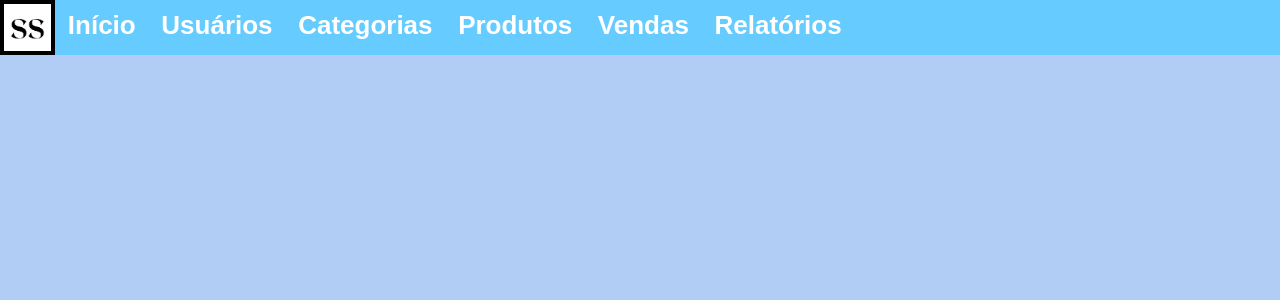
Repository: FaculdadeSenaiJoinville/PiMichelBaade
Page: ProjetoIndividual/WebContent/pages/admin/adminInicio.html
The author's editor kept a copy of each file at every save. The page is drawn from the files as they stood at one save, then again after the next save.
The browser window is 1280 px wide. The pictures show the whole page.

Above is the page before, as saved 2021-08-14 00:43:56.

### ProjetoIndividual/WebContent/pages/admin/adminInicio.html
<!DOCTYPE html>
<html>
<head>
<meta charset="UTF-8">
	<meta name="description" content="Site da Software dos Sonhos">
	<meta name="keywords" content="Padaria, Software, Sonhos">
	<meta name="author" content="Michel Baade">
	<meta name="viewport" content="width=device-width, initial-scale=1.0">
<title>Software dos Sonhos</title>
<link rel="stylesheet" type="text/css" href="../../css/site.css">
</head>
<body>
<nav>
<div ><img src="../../imgs/logomenor.png" alt="Logo da Software dos Sonhos" id="logomenor"></div>
<a href="#"><div class="opcao">Início</div></a>
<a href="#"><div class="opcao">Usuários</div></a>
<a href="#"><div class="opcao">Categorias</div></a>
<a href="#"><div class="opcao">Produtos</div></a>
<a href="#"><div class="opcao">Vendas</div></a>
<a href="#"><div class="opcao">Relatórios</div></a>
</nav>



</body>
</html>

### ProjetoIndividual/WebContent/css/site.css
@charset "UTF-8";

body{
	width: 100%;
	margin: 0 auto;
	font-family: "Century Gothic", sans-serif;
	height: 100%;
	font-weight: bold;
	background-color: #b1ccf5;
}
img{
	border:4px solid #000;
	max-width:125px;
  	max-height:125px;
}
#logomenor{
	height: auto;
    width: auto;
    max-width: 47px;
    max-height: 47px;
}
form{
	border:4px solid #000;
	width: 33%;
	margin: 100px auto;
	height: 33%;
	padding: 3%;
	background-color: #FFF;
}
#logo{
	text-align: center;
}
#camposlogin{
	margin: 15px;
	text-align: center;
}
a{
	text-decoration: underline;
}
button {
	width: 25%;
	font-size: 16px;
	margin: 0 10%;
	background-color: #FFF;
}

input{
	margin: 10px auto;
}

nav{
	clear: both;
	width: 100%;
	margin: 0px auto;
	height: 55px;
	background-color: #66ccff;
}
nav a{
	color: white;
	text-decoration: none;
	text-align: center;
}
nav .opcao{
	float: left;
	width: auto;
	background-color: #66ccff;
	padding: 10px 0;
	margin: 0 1%;
	font-size: 26px;
}
nav .opcao:hover{
	background-color: #83afd3;
}
nav #logomenor{
	float: left;
	height: 55px;
	width: 55px;
}

After the next save:
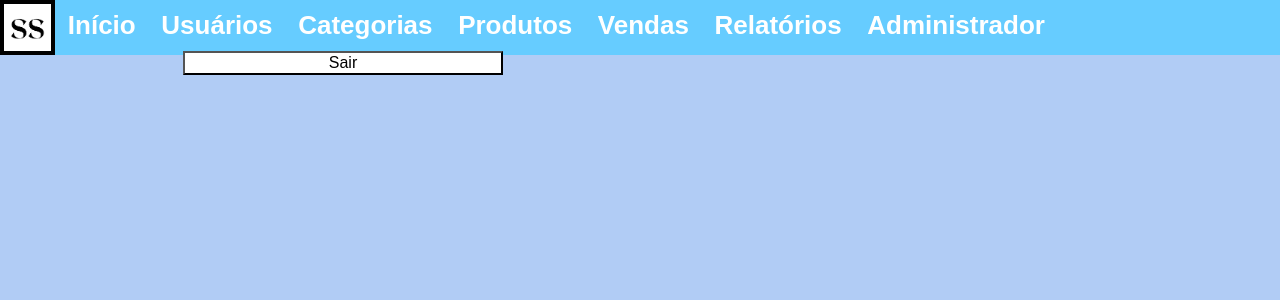
Saved 71 s later.
--- a/ProjetoIndividual/WebContent/pages/admin/adminInicio.html
+++ b/ProjetoIndividual/WebContent/pages/admin/adminInicio.html
@@ -18,6 +18,8 @@
 <a href="#"><div class="opcao">Produtos</div></a>
 <a href="#"><div class="opcao">Vendas</div></a>
 <a href="#"><div class="opcao">Relatórios</div></a>
+<a href="#" id="usuario"><div class="opcao">Administrador</div></a>
+<button>Sair</button>
 </nav>
 
 
